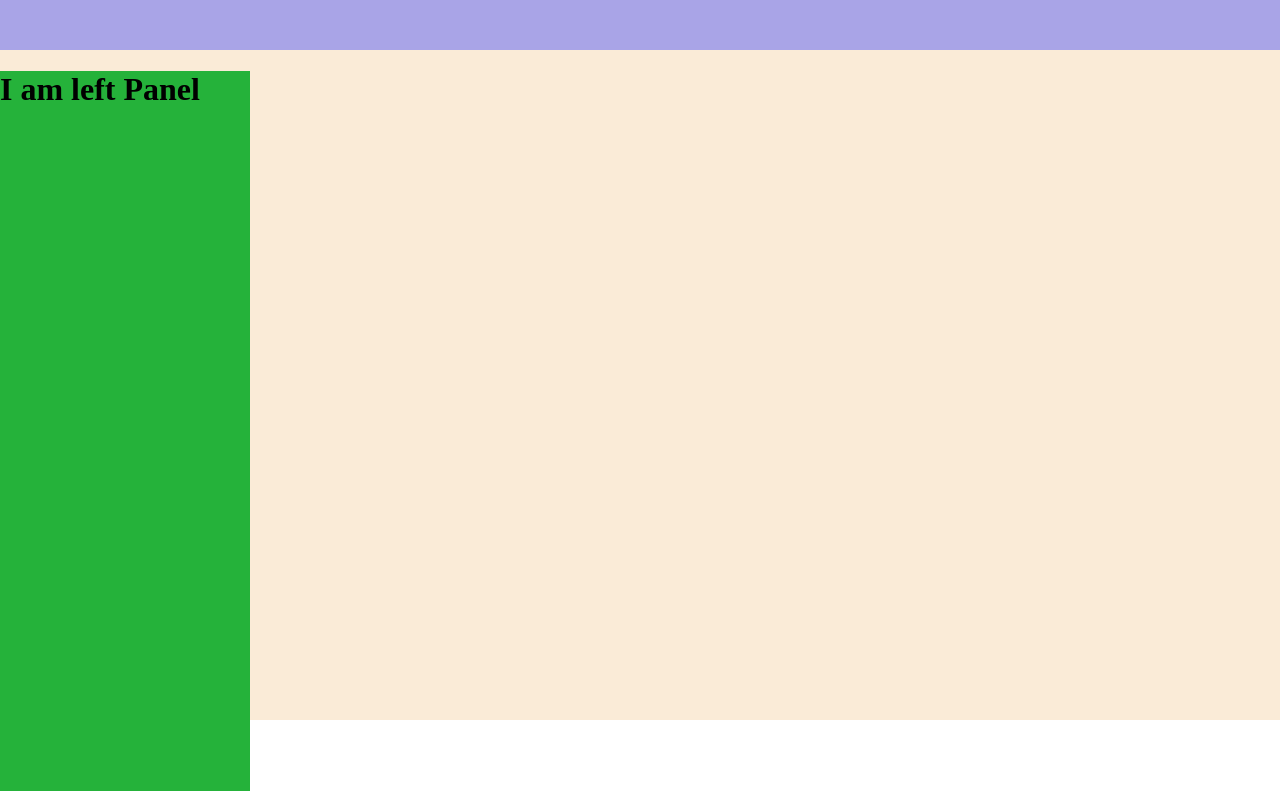
Repository: purnimapatel/fish-world
Page: index.html
The author's editor kept a copy of each file at every save. The page is drawn from the files as they stood at one save, then again after the next save.
The browser window is 1280 px wide. The pictures show the whole page.

Above is the page before, as saved 2024-08-25 10:55:39.

### index.html
<!DOCTYPE html>
<html lang="en">
<head>
    <meta charset="UTF-8">
    <meta name="viewport" content="width=device-width, initial-scale=1.0">
    <title>Document</title>
    <link  rel = "stylesheet" type = "text/css" href = "style.css"/>

    <!-- <link rel="stylesheet" type="text/css" href="styles.css"> -->

</head>
<body>
    <div class=" container">
        <div class = "navbar"></div>
        <div class ="leftPanel">
            <h1>I am left Panel</h1>
        </div>
        <div class = "mainBody"></div>
    </div>

</body>
</html>

### style.css
body{
   margin: 0;
   padding:0;
   display: flex;
   height:100vh;
   align-items: center;
   justify-content: center;
}
.container{
    height: 100vh;
    width:100vw;
    background-color:antiquewhite;

}
.navbar{
    width:100vw;
    height:50px;
    background-color:rgb(169, 164, 231);
    margin-bottom: 0;

}
.leftPanel{
    margin-top: 0;
    width:250px;
    height:100vh;
    background-color:rgb(37, 178, 58);
}

After the next save:
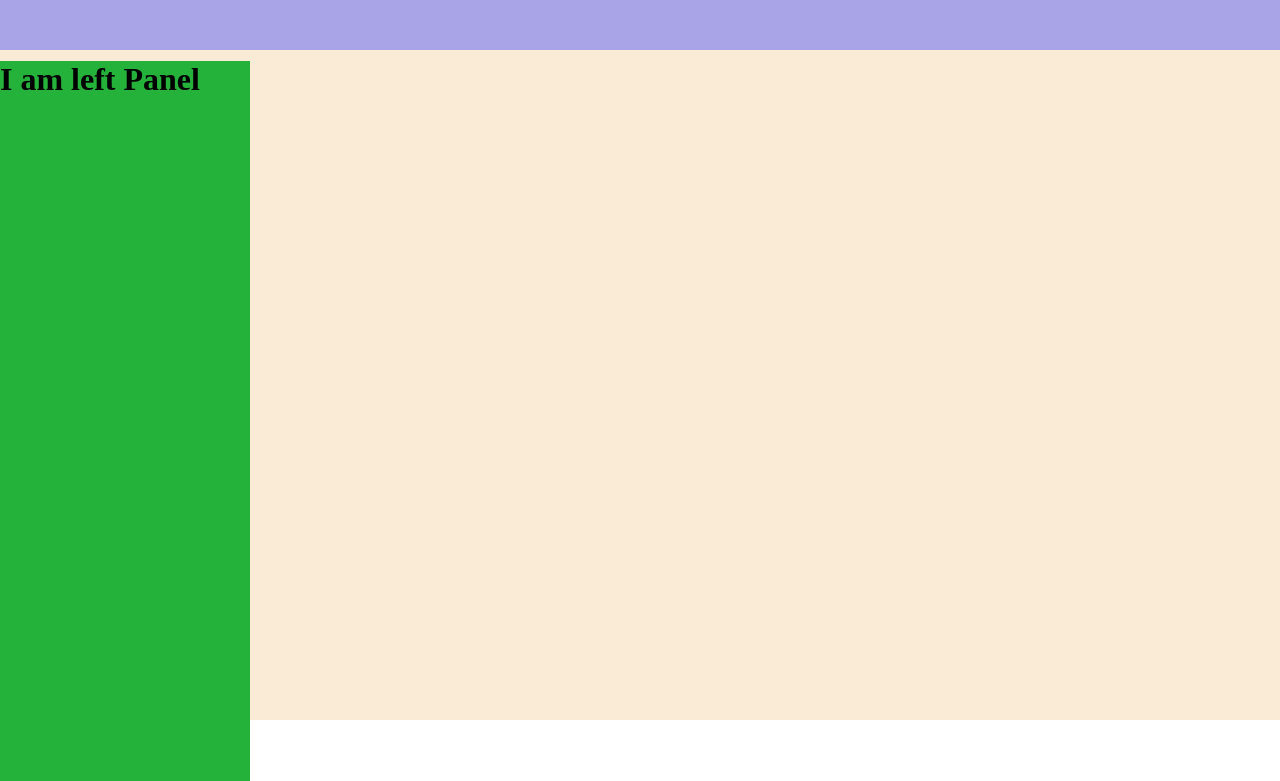
Saved 67 s later.
--- a/style.css
+++ b/style.css
@@ -20,7 +20,7 @@ body{
 
 }
 .leftPanel{
-    margin-top: 0;
+    margin-top: -10px;
     width:250px;
     height:100vh;
     background-color:rgb(37, 178, 58);
